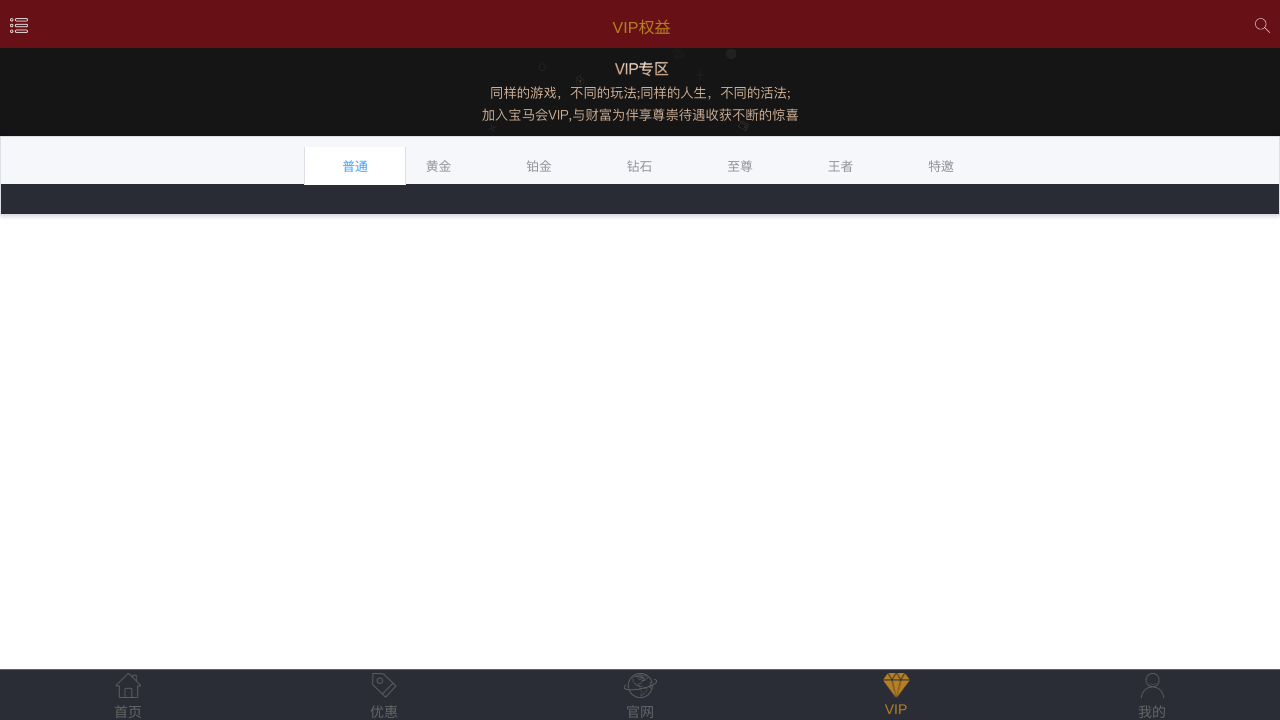
Repository: ada6688/IntegralMall
Page: /Vip
An editor plug-in stored every save of this project. The page is shown before and after the next save, followed by the edit.
The browser window is 1280 px wide. The pictures show the whole page.
The project was rebuilt for these pictures with package versions that can differ from the ones it lists, and the page was loaded fresh each time.

Above is the page before, as saved 2020-01-01 17:26:26.

### index.html
<!DOCTYPE html>
<html>
  <head>
    <meta charset="utf-8">
    <meta name="viewport" content="width=device-width,initial-scale=1.0">
    <title>integralmall</title>
  </head>
  <body>
    <div id="app"></div>
    <!-- built files will be auto injected -->
  </body>
</html>

### src/main.js
// The Vue build version to load with the `import` command
// (runtime-only or standalone) has been set in webpack.base.conf with an alias.
import Vue from 'vue'
import App from './App'
import router from './router'
import ElementUI from 'element-ui'
import 'element-ui/lib/theme-chalk/index.css'
import {Cell, CellGroup, Tabbar, TabbarItem, PullRefresh, Stepper, Tab, Tabs, Button, Row, Col, Swipe, SwipeItem, Lazyload, List, Field, NavBar} from 'vant'
import '../src/assets/css/common.css'
import 'swiper/dist/css/swiper.css'
import VueAwesomeSwiper from 'vue-awesome-swiper'
// import BScroll from 'better-scroll'

// Vue.use(BScroll)
Vue.use(VueAwesomeSwiper)
Vue.use(ElementUI)
Vue.use(Cell).use(CellGroup).use(Tabbar).use(TabbarItem).use(Stepper).use(PullRefresh).use(Tab).use(Tabs).use(Field).use(NavBar).use(Button).use(Row).use(Col).use(Swipe).use(SwipeItem).use(Lazyload).use(List)

Vue.config.productionTip = false

/* eslint-disable no-new */
new Vue({
  el: '#app',
  router,
  components: {
    App
  },
  template: '<App/>'
})

### src/router/index.js
import Vue from 'vue'
import Router from 'vue-router'
import BottomNav from '@/components/common/Bottomnav'
import TopNav from '@/components/common/Topnav'
import shouye from '@/components/page/shouye'
import Member from '@/components/page/Member'
import Vip from '@/components/page/Vip'
import Youhui from '@/components/page/Youhui'

Vue.use(Router)

export default new Router({
  mode: 'history',
  routes: [
    {path: '/Mainnav', component: BottomNav},
    {path: '/Topnav', component: TopNav},
    {path: '/', component: shouye},
    {path: '/shouye', component: shouye},
    {path: '/Youhui', component: Youhui},
    {path: '/Vip', component: Vip},
    {path: '/Member', component: Member}
  ]
})

### src/assets/css/common.css
body,p{
  margin: 0;
  padding: 0;
}
/****************** 首页 ****************/
/* 顶部栏 */
.top-nav{
  width: 100%;
  height: 3rem;
  line-height: 3.5rem;
  background-color: #671116;
  position: fixed;
  top: 0;
  z-index: 99;
}
.top-nav > div{
  display: inline-block;
  height: 100%;
}
.top-nav-left{
  float: left;
  margin-left: 10px;
}
.top-nav-right{
  float: right;
  margin-right: 10px;
}
.banner-item > img{
  width: 100%;
}
.swiper-container{
  height: 7.28rem;
}
.top-nav-t{
  color: #B58024;
}
/* .swiper-container-horizontal>.swiper-pagination-bullets .swiper-pagination-bullet{
  width: 0.4rem;
  height: 0.3rem;
  border-radius: 50%;
}
.swiper-pagination-bullet-active {
  background: rgb(235,111,111);
  width: .8rem !important;
} */
/* .swiper-scrollbar{
  background: rgb(0, 0, 0, 0) !important;
  width: 15px;
  height: 15px;
} */
.main-wrap{
  margin-top: 3rem;
  margin-bottom: 2.3rem;
  background: #151515;
}
/* 公告 */
.Notice-sign{
  width: 2rem;
  height: 100%;
  background: url('../images/topnav/lb.png') center no-repeat;
  float: left;
  box-shadow: 1px 0px 5px rgba(0,0,0,0.8);
}
.Notice-textBox {
  width: 100%;
  height: 1.3rem;
  line-height: 1.3rem;
  font-size: .5rem;
  color: #999999;
  background: #2A2D36;
  overflow: hidden;
  position: relative;
  text-align: left;
  z-index: 9;
}
.Notice-text {
  width: 100%;
  padding-left: 42px;
  position: absolute;
  bottom: 0;
}
.slide-enter-active, .slide-leave-active {
  transition: all 0.5s linear;
}
.slide-enter{
  transform: translateY(20px) scale(1);
  opacity: 1;
}
.slide-leave-to {
  transform: translateY(-20px) scale(0.8);
  opacity: 0;
}
/* 商品 */
.products-item{
  width: 45.9%;
  height: 100px;
  padding-right: 3.9%;
  border-right: 1px solid #161616;
  border-bottom: 1px solid #161616;
  background: #292C35;
  float: left;
}
.products-item-even{
  width: 45.9%;
  height: 100px;
  border-bottom: 1px solid #161616;
  background: #292C35;
  padding-left: 3.9%;
  float: left;
}
.product-item-text{
  width: 50%;
  height: 70px;
  color: #ffffff;
  margin-top: 15px;
  float: left;
  text-align: left;
}
.product-item-text p{
  height: 43px;
  font-size: 15px;
  margin-bottom: 5px;
  display: -webkit-box;/*作为弹性伸缩盒子模型显示*/
  -webkit-line-clamp: 2; /*显示的行数；如果要设置2行加...则设置为2*/
  overflow: hidden; /*超出的文本隐藏*/
  text-overflow: ellipsis; /* 溢出用省略号*/
  -webkit-box-orient: vertical;
}
.product-item-text span{
  color: #B58024;
  font-size: 13px;
}
.product-item-img{
  width: 50%;
  height: 100px;
  display: table-cell;
  vertical-align: middle;
  /* float: left; */
}
.product-item-img img{
  max-width: 100%;
}
/* 底部导航 */
.bottom-tab{
  width:100%;
  height:3.125rem;
  background-color:#2A2D36;
  border-top: 1px solid #656666;
  position: fixed;
  left:0px;
  bottom:0px;
}
.tab-item{
  width: 20%;
  float: left;
  align-items:center;
  justify-content:center;
  font-size:14px;
  color:#666;
  z-index: 999;
}
.NavSigh{
    width:33px;
    margin-top:3px;
}
.on{
  color:#b58023;
}

### src/components/common/Bottomnav.vue
<template>
  <div>
    <div class="bottom-tab">
      <div class="tab-item" @click="switchTo('/shouye')">
        <img class="NavSigh" :src="'/shouye' === $route.path ? tabBarImgArr[0].selected : tabBarImgArr[0].normal" alt="首页">
        <p :class="{on: '/shouye' === $route.path}">首页</p>
      </div>
      <div class="tab-item" @click="switchTo('/Youhui')">
        <img class="NavSigh" :src="'/Youhui' === $route.path ? tabBarImgArr[1].selected : tabBarImgArr[1].normal" alt="推荐">
        <p :class="{on: '/Youhui' === $route.path}">优惠</p>
      </div>
      <div class="tab-item">
        <img class="NavSigh" :src="'/' === $route.path ? tabBarImgArr[2].selected : tabBarImgArr[2].normal" alt="搜索">
        <p :class="{on: '/' === $route.path}">官网</p>
      </div>
      <div class="tab-item" @click="switchTo('/Vip')">
        <img class="NavSigh" :src="'/Vip' === $route.path ? tabBarImgArr[3].selected : tabBarImgArr[3].normal" alt="聊天">
        <p :class="{on: '/Vip' === $route.path}">VIP</p>
      </div>
      <div class="tab-item" @click="switchTo('/Member')">
        <img class="NavSigh" :src="'/Member' === $route.path ? tabBarImgArr[4].selected : tabBarImgArr[4].normal" alt="我的">
        <p :class="{on: '/Member' === $route.path}">我的</p>
      </div>
    </div>
  </div>
</template>
<script>
export default {
  data () {
    return {
      tabBarImgArr: [
        {normal: require('../../assets/images/navLogo/sy_x.png'), selected: require('../../assets/images/navLogo/sy.png')},
        {normal: require('../../assets/images/navLogo/yh_x.png'), selected: require('../../assets/images/navLogo/yh.png')},
        {normal: require('../../assets/images/navLogo/gw_x.png'), selected: require('../../assets/images/navLogo/gw.png')},
        {normal: require('../../assets/images/navLogo/zs_x.png'), selected: require('../../assets/images/navLogo/zs.png')},
        {normal: require('../../assets/images/navLogo/wd_x.png'), selected: require('../../assets/images/navLogo/wd.png')}
      ]
    }
  },
  methods: {
    switchTo (path) {
      this.$router.replace(path)
    }
  }
}
</script>
<style>

</style>

### src/components/page/shouye.vue
<template>
  <div>
      <TopNav></TopNav>
      <div class="main-wrap">
        <!-- banner -->
        <swiper :options="swiperOption" ref="mySwiper">
          <!-- slides -->
          <swiper-slide>
            <div class="banner-item">
              <img src="../../assets/images/banner/banner2.png" alt="">
            </div>
          </swiper-slide>
          <swiper-slide>
            <div class="banner-item">
              <img src="../../assets/images/banner/banner2_2.png" alt="">
            </div>
          </swiper-slide>
          <swiper-slide>
            <div class="banner-item">
              <img src="../../assets/images/banner/banner2_3.png" alt="">
            </div>
          </swiper-slide>
          <!-- Optional controls -->
          <!-- <div class="swiper-pagination" slot="pagination"></div> -->
          <!-- <div class="swiper-scrollbar index-banner-circle" slot="scrollbar"></div> -->
        </swiper>
        <!-- 滚动公告 -->
        <Notice></Notice>
        <!-- 推荐分类栏 -->
        <div class="recommend-wrap">
          <el-row>
            <el-tabs type="border-card">
              <el-tab-pane label="推荐">
                <div class="products-item">
                  <div class="product-item-text">
                    <p>商品详情商品详情商品详情商品详情商品详</p>
                    <span>72000积分</span>
                  </div>
                  <div class="product-item-img">
                    <img src="../../assets/images/products/bsbb.png" alt="">
                  </div>
                </div>
                <div class="products-item-even">
                  <div class="product-item-text">
                    <p>商品详情商品详情商品详情商品详情商品详</p>
                    <span>72000积分</span>
                  </div>
                  <div class="product-item-img">
                    <img src="../../assets/images/products/kh.png" alt="">
                  </div>
                </div>
                <div class="products-item">
                  <div class="product-item-text">
                    <p>商品详情商品详情商品详情商品详情商品详</p>
                    <span>72000积分</span>
                  </div>
                  <div class="product-item-img">
                    <img src="../../assets/images/products/lsbb.png" alt="">
                  </div>
                </div>
                <div class="products-item-even">
                  <div class="product-item-text">
                    <p>商品详情商品详情商品详情商品详情商品详</p>
                    <span>72000积分</span>
                  </div>
                  <div class="product-item-img">
                    <img src="../../assets/images/products/sb.png" alt="">
                  </div>
                </div>
                <div class="products-item">
                  <div class="product-item-text">
                    <p>商品详情商品详情商品详情商品详情商品详</p>
                    <span>72000积分</span>
                  </div>
                  <div class="product-item-img">
                    <img src="../../assets/images/products/xs.png" alt="">
                  </div>
                </div>
                <div class="products-item-even">
                  <div class="product-item-text">
                    <p>商品详情商品详情商品详情商品详情商品详</p>
                    <span>72000积分</span>
                  </div>
                  <div class="product-item-img">
                    <img src="../../assets/images/products/xsfs.png" alt="">
                  </div>
                </div>
                <div class="products-item">
                  <div class="product-item-text">
                    <p>商品详情商品详情商品详情商品详情商品详</p>
                    <span>72000积分</span>
                  </div>
                  <div class="product-item-img">
                    <img src="../../assets/images/products/yx.png" alt="">
                  </div>
                </div>
                <div class="products-item-even">
                  <div class="product-item-text">
                    <p>商品详情商品详情商品详情商品详情商品详</p>
                    <span>72000积分</span>
                  </div>
                  <div class="product-item-img">
                    <img src="../../assets/images/products/hw.png" alt="">
                  </div>
                </div>
              </el-tab-pane>
              <el-tab-pane label="数码">数码</el-tab-pane>
              <el-tab-pane label="奖金">奖金</el-tab-pane>
              <el-tab-pane label="生活精品">生活精品</el-tab-pane>
              <el-tab-pane label="奢华品">奢华品</el-tab-pane>
            </el-tabs>
          </el-row>
        </div>
      </div>
      <BottomNav></BottomNav>
  </div>
</template>
<script>
import BottomNav from '@/components/common/Bottomnav'
import TopNav from '@/components/common/Topnav'
import Notice from '@/components/page/Notice'
import {swiper, swiperSlide} from 'vue-awesome-swiper'

export default {
  name: 'App',
  components: {
    BottomNav,
    TopNav,
    swiper,
    swiperSlide,
    Notice
  },
  data () {
    return {
      swiperOption: {
        scrollbar: {
          el: '.swiper-scrollbar'
        },
        slidesPerView: 1,
        autoplay: {
          delay: 5000,
          disableOnInteraction: false
        },
        loop: true
      }
    }
  }
}
</script>
<style>
.swiper-container{
  height: 100%;
  margin-bottom: -4px;
}
.el-tabs__nav-wrap{
  width: 100%
}
/* .el-tabs__item{
  padding: 0 5.26%;
} */
.el-tabs--border-card{
  border: 0;
}
.el-tabs--border-card>.el-tabs__header .el-tabs__item{
  border: 0
}
.el-tabs--border-card>.el-tabs__header{
  padding: 10px 15px 0;
  background: #151515
}
.el-tabs--border-card>.el-tabs__header .el-tabs__item:not(.is-disabled):hover{
  color: #ffffff;
}
.el-tabs--border-card>.el-tabs__header .el-tabs__item.is-active{
  height: 39px;
  color: #ffffff;
  background: #292C35;
}
.el-tabs--border-card>.el-tabs__header .el-tabs__item{
  color: #666666;
}
.el-tabs__nav-wrap.is-scrollable{
  padding: 0 20px;
  box-sizing: border-box;
}
.el-tabs--border-card{
  box-shadow: 0 0 0 0 rgb(0, 0, 0, 0)
}
.el-tabs--border-card>.el-tabs__content {
  margin-top: -2px;
  background: #292C35;
}

</style>

### src/components/page/Vip.vue
<template>
  <div>
    <TopnavC></TopnavC>
    <div class="main-wrap">
      <div>
        <img src="../../assets/images/VIP/VIP-T.png" alt="">
      </div>
      <div>
        <el-row>
          <el-tabs type="border-card">
            <el-tab-pane label="普通"></el-tab-pane>
            <el-tab-pane label="黄金"></el-tab-pane>
            <el-tab-pane label="铂金"></el-tab-pane>
            <el-tab-pane label="钻石"></el-tab-pane>
            <el-tab-pane label="至尊"></el-tab-pane>
            <el-tab-pane label="王者"></el-tab-pane>
            <el-tab-pane label="特邀"></el-tab-pane>
          </el-tabs>
        </el-row>
      </div>
    </div>
    <Bottomnav></Bottomnav>
  </div>
</template>
<script>
import TopnavC from '@/components/common/Topnav-c'
import Bottomnav from '@/components/common/Bottomnav'

export default {
  name: 'App',
  components: {
    TopnavC,
    Bottomnav
  }
}
</script>
<style>
.swiper-container{
  height: 100%;
  margin-bottom: -4px;
}
.el-tabs__nav,.el-tabs__nav-wrap{
  width: 100%
}

.el-tabs--border-card{
  border: 0;
}
.el-tabs--border-card>.el-tabs__header .el-tabs__item{
  border: 0;
  font-size: .8rem;
}
.el-tabs--border-card>.el-tabs__header{
  padding: 10px 3.65% 0;
  background: #151515
}
.el-tabs--border-card>.el-tabs__header .el-tabs__item:not(.is-disabled):hover{
  color: #ffffff;
}
.el-tabs--border-card>.el-tabs__header .el-tabs__item.is-active{
  height: 39px;
  color: #ffffff;
  background: #292C35;
}
.el-tabs--border-card>.el-tabs__header .el-tabs__item{
  color: #666666;
}
.el-tabs__nav-wrap.is-scrollable{
  padding: 0 20px;
  box-sizing: border-box;
}
.el-tabs--border-card{
  box-shadow: 0 0 0 0 rgb(0, 0, 0, 0)
}
.el-tabs--border-card>.el-tabs__content {
  margin-top: -2px;
  background: #292C35;
}
.el-tabs--border-card>.el-tabs__header .el-tabs__item,.el-tabs--top.el-tabs--border-card>.el-tabs__header .el-tabs__item:nth-child(2),.el-tabs--top.el-tabs--border-card>.el-tabs__header .el-tabs__item:last-child{
  padding: 0 3.12%;
}
</style>

### src/components/common/Topnav-c.vue
<template>
  <div>
    <div class="top-nav">
      <div class="top-nav-left">
        <img src="../../assets/images/topnav/cd.png" alt="菜单">
      </div>
      <div class="top-nav-t">
        <p>VIP权益</p>
      </div>
      <div class="top-nav-right">
        <img src="../../assets/images/topnav/ss.png" alt="搜索">
      </div>
    </div>
  </div>
</template>
<script>
export default {
  data () {
    return {
      tabBarImgArr: [
        {normal: require('../../assets/images/topnav/logo.png')},
        {normal: require('../../assets/images/topnav/ss.png')},
        {normal: require('../../assets/images/topnav/cd.png')}
      ]
    }
  }
}
</script>
<style>

</style>

### src/components/common/Topnav.vue
<template>
  <div>
    <div class="top-nav">
      <div class="top-nav-left">
        <img src="../../assets/images/topnav/cd.png" alt="菜单">
      </div>
      <div class="top-nav-logo">
        <img src="../../assets/images/topnav/logo.png" alt="logo">
      </div>
      <div class="top-nav-right">
        <img src="../../assets/images/topnav/ss.png" alt="搜索">
      </div>
    </div>
  </div>
</template>
<script>
export default {
  data () {
    return {
      tabBarImgArr: [
        {normal: require('../../assets/images/topnav/logo.png')},
        {normal: require('../../assets/images/topnav/ss.png')},
        {normal: require('../../assets/images/topnav/cd.png')}
      ]
    }
  }
}
</script>
<style>

</style>

### src/components/page/Member.vue
<template>
  <div>
    我的个人中心
    <MainNav></MainNav>
  </div>
</template>
<script>
import MainNav from '@/components/page/MainNav'

export default {
  name: 'App',
  components: {
    MainNav
  }
}
</script>
<style>

</style>

### src/components/page/Youhui.vue
<template>
  <div>
    优惠中心
    <MainNav></MainNav>
  </div>
</template>
<script>
import MainNav from '@/components/page/MainNav'

export default {
  name: 'App',
  components: {
    MainNav
  }
}
</script>
<style>

</style>

### src/components/page/notice.vue
<template>
  <div>
    <div class="Notice-textBox">
      <div class="Notice-sign"></div>
      <transition name="slide">
        <p class="Notice-text" :key="text.id">{{text.val}}</p>
      </transition>
    </div>
  </div>
</template>

<script>
export default {
  name: 'scroll',
  data () {
    return {
      textArr: [
        '第一条公告第一条公告第一条公告第一条公告第一条公告',
        '第二条公告第二条公告',
        '第三条公告第三条公告第三条公告'
      ],
      number: 0
    }
  },
  computed: {
    text () {
      return {
        id: this.number,
        val: this.textArr[this.number]
      }
    }
  },
  mounted () {
    this.startMove()
  },
  methods: {
    startMove () {
      // eslint-disable-next-line
      let timer = setTimeout(() => {
        if (this.number === 2) {
          this.number = 0
        } else {
          this.number += 1
        }
        this.startMove()
      }, 6000) // 滚动不需要停顿则将2000改成动画持续时间
    }
  }
}
</script>

<style scoped>
</style>

### src/components/page/MainNav.vue
<template>
  <div>
    <div class="top-nav">
      <div class="top-nav-left">
        <img src="../../assets/images/topnav/cd.png" alt="菜单">
      </div>
      <div class="top-nav-logo">
        <img src="../../assets/images/topnav/logo.png" alt="logo">
      </div>
      <div class="top-nav-right">
        <img src="../../assets/images/topnav/ss.png" alt="搜索">
      </div>
    </div>
    <div class="bottom-tab">
      <div class="tab-item" @click="switchTo('/shouye')">
        <img class="NavSigh" :src="'/shouye' === $route.path ? tabBarImgArr[0].selected : tabBarImgArr[0].normal" alt="首页">
        <p :class="{on: '/shouye' === $route.path}">首页</p>
      </div>
      <div class="tab-item" @click="switchTo('/Youhui')">
        <img class="NavSigh" :src="'/Youhui' === $route.path ? tabBarImgArr[1].selected : tabBarImgArr[1].normal" alt="推荐">
        <p :class="{on: '/Youhui' === $route.path}">优惠</p>
      </div>
      <div class="tab-item">
        <img class="NavSigh" :src="'/' === $route.path ? tabBarImgArr[2].selected : tabBarImgArr[2].normal" alt="搜索">
        <p :class="{on: '/' === $route.path}">官网</p>
      </div>
      <div class="tab-item" @click="switchTo('/Vip')">
        <img class="NavSigh" :src="'/Vip' === $route.path ? tabBarImgArr[3].selected : tabBarImgArr[3].normal" alt="聊天">
        <p :class="{on: '/Vip' === $route.path}">VIP</p>
      </div>
      <div class="tab-item" @click="switchTo('/Member')">
        <img class="NavSigh" :src="'/Member' === $route.path ? tabBarImgArr[4].selected : tabBarImgArr[4].normal" alt="我的">
        <p :class="{on: '/Member' === $route.path}">我的</p>
      </div>
    </div>
  </div>
</template>
<script>
export default {
  data () {
    return {
      tabBarImgArr: [
        {normal: require('../../assets/images/navLogo/sy_x.png'), selected: require('../../assets/images/navLogo/sy.png')},
        {normal: require('../../assets/images/navLogo/yh_x.png'), selected: require('../../assets/images/navLogo/yh.png')},
        {normal: require('../../assets/images/navLogo/gw_x.png'), selected: require('../../assets/images/navLogo/gw.png')},
        {normal: require('../../assets/images/navLogo/zs_x.png'), selected: require('../../assets/images/navLogo/zs.png')},
        {normal: require('../../assets/images/navLogo/wd_x.png'), selected: require('../../assets/images/navLogo/wd.png')},
        {normal: require('../../assets/images/topnav/logo.png')},
        {normal: require('../../assets/images/topnav/ss.png')},
        {normal: require('../../assets/images/topnav/cd.png')}
      ]
    }
  },
  methods: {
    switchTo (path) {
      this.$router.replace(path)
    }
  }
}
</script>
<style>

</style>

Loaded but not shown: src/App.vue (common file)

After the next save:
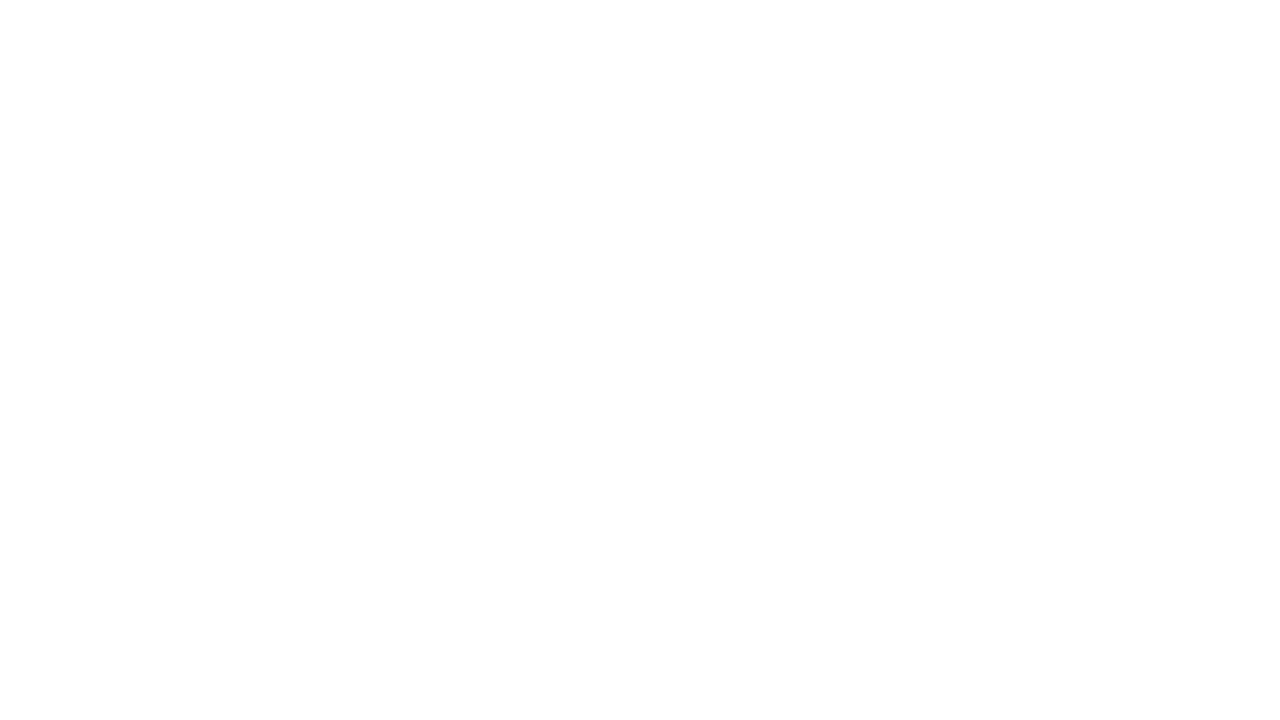
Console error: ReferenceError: BottomNav is not defined
Saved 5 min 56 s later.
--- a/src/router/index.js
+++ b/src/router/index.js
@@ -1,6 +1,6 @@
 import Vue from 'vue'
 import Router from 'vue-router'
-import BottomNav from '@/components/common/Bottomnav'
+// import BottomNav from '@/components/common/Bottomnav'
 import TopNav from '@/components/common/Topnav'
 import shouye from '@/components/page/shouye'
 import Member from '@/components/page/Member'

After the save that followed:
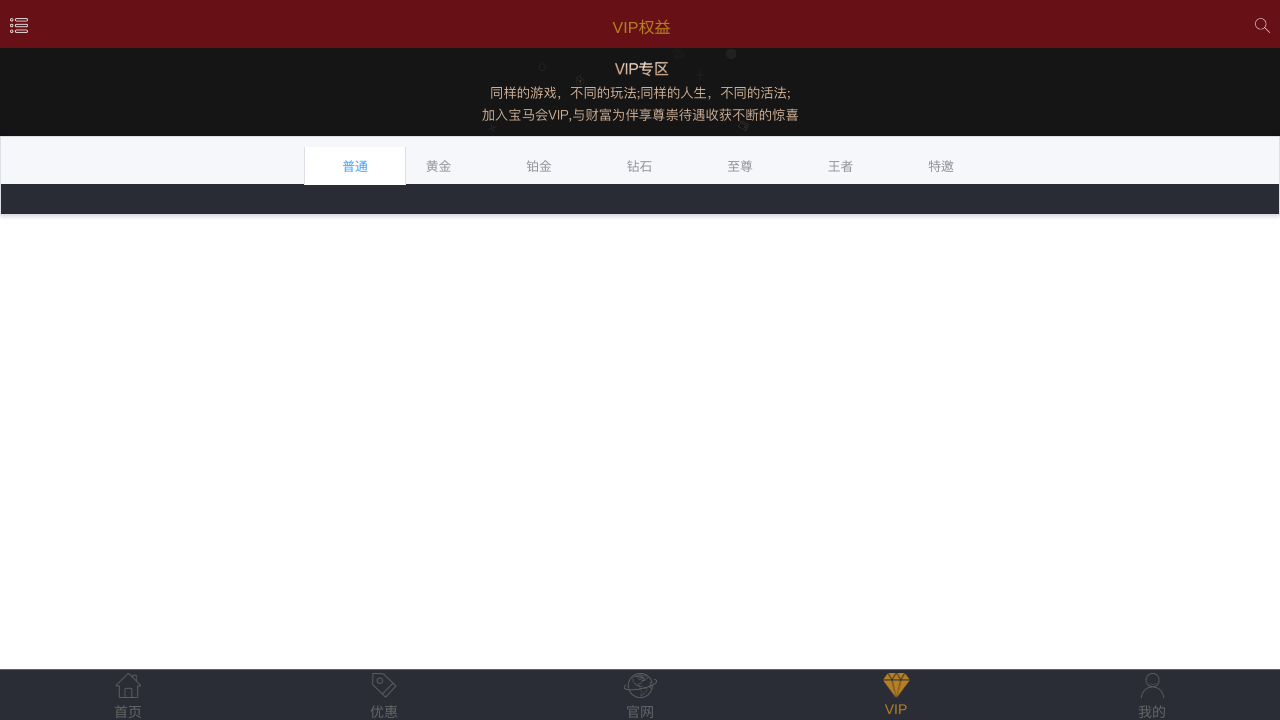
The error is gone.
Saved 8 s later.
--- a/src/router/index.js
+++ b/src/router/index.js
@@ -1,6 +1,6 @@
 import Vue from 'vue'
 import Router from 'vue-router'
-// import BottomNav from '@/components/common/Bottomnav'
+import BottomNav from '@/components/common/Bottomnav'
 import TopNav from '@/components/common/Topnav'
 import shouye from '@/components/page/shouye'
 import Member from '@/components/page/Member'
